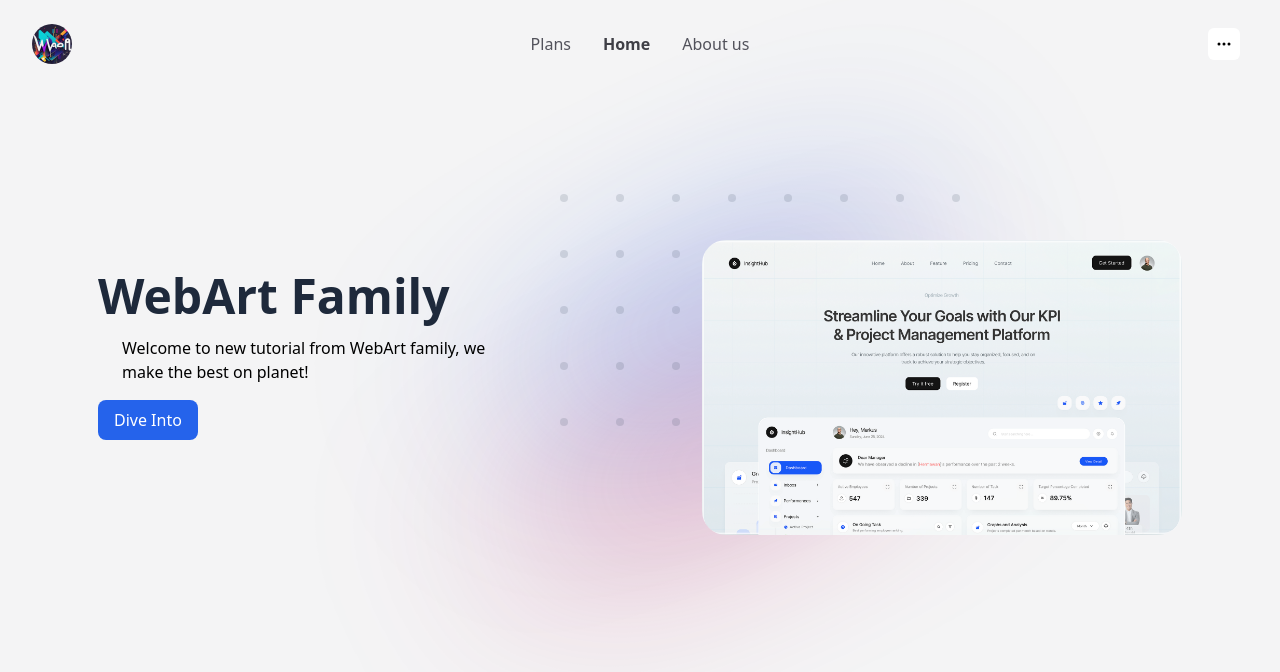
Repository: 30namp/youtube-web-art-code
Page: stunning landing page 1/index.html
An editor plug-in stored every save of this project. The page is shown before and after the next save, followed by the edit.
The browser window is 1280 px wide. The pictures show the whole page.

Above is the page before, as saved 2024-09-26 21:17:23.

After the next save:
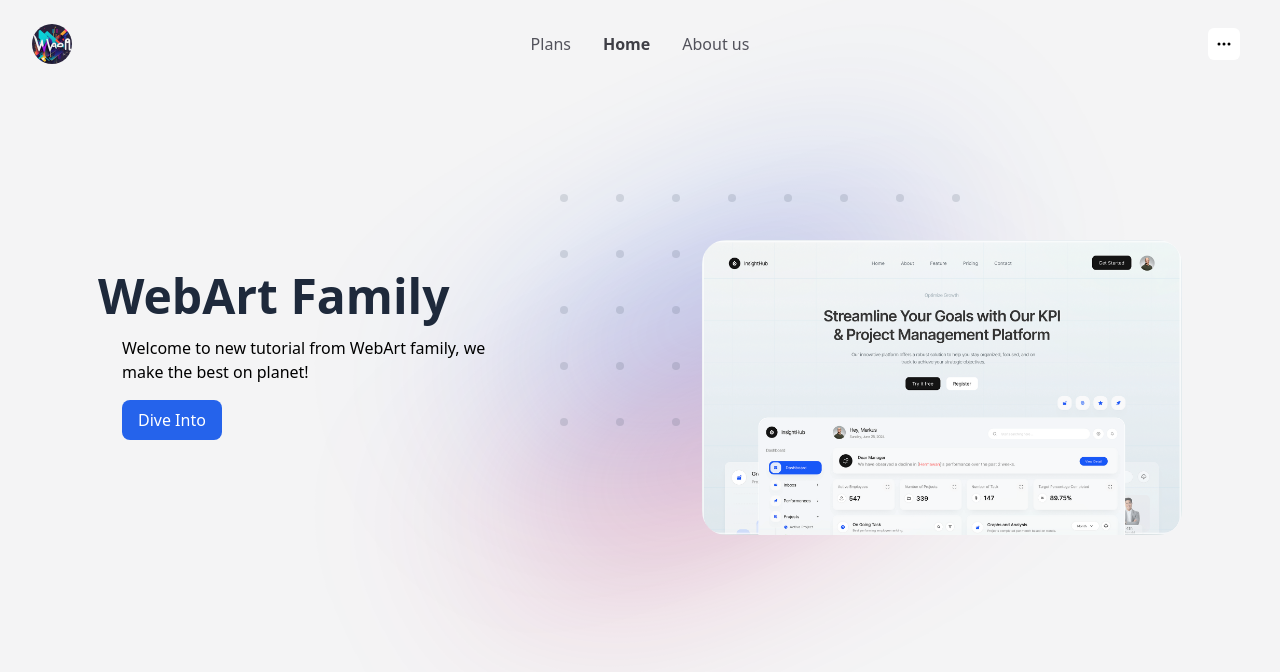
Saved 12 s later.
--- a/stunning landing page 1/index.html
+++ b/stunning landing page 1/index.html
@@ -99,7 +99,7 @@
           planet!
         </p>
         <button
-          class="px-4 py-2 rounded-lg bg-blue-600 text-white hover:scale-105 active:scale-100 transition"
+          class="ml-6 px-4 py-2 rounded-lg bg-blue-600 text-white hover:scale-105 active:scale-100 transition"
         >
           Dive Into
         </button>
